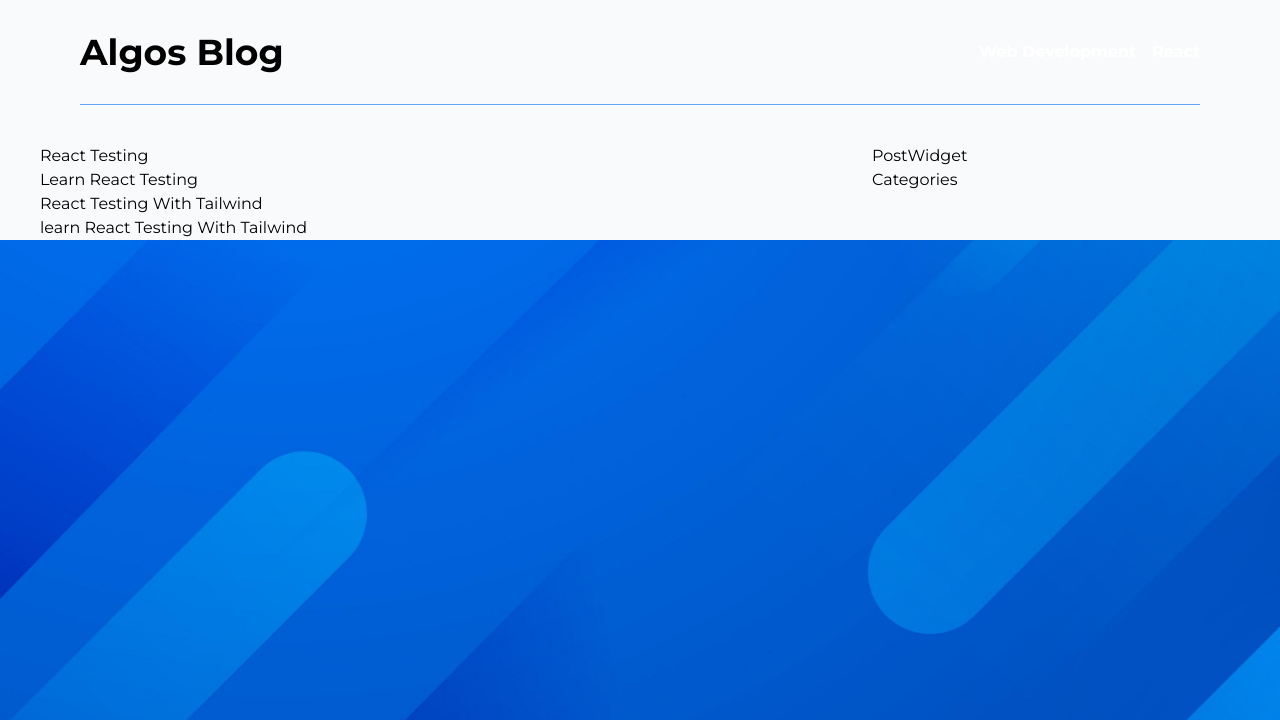
Repository: AlgoHussle/algo-blog
Page: /
These files come from the project's save history. The page is drawn as it stood at one moment and after a run of saves; the edit follows.
The browser window is 1280 px wide. The pictures show the whole page.
The project was rebuilt for these pictures with package versions that can differ from the ones it lists, and the page was loaded fresh each time. The framework's server and built-in components were replaced by stand-ins that run in the browser. Also part of the build but not shown: next.config.js, components/Layout.jsx.

Above is the page before, as saved 2023-05-03 22:31:48.

### pages/_app.js
import React, { useEffect, useState } from "react";
import { Layout } from "../components";
import "../styles/globals.scss";
import "tailwindcss/tailwind.css";


export default function App({ Component, pageProps }) {
  return (
    <layout>
    <Component {...pageProps} />
  </layout>
  );
}

### pages/index.js
import Head from 'next/head'
import { Header, PostCard, Categories, PostWidget } from '@/components';

const posts = [
  { title: 'React Testing', excerpt: 'Learn React Testing'},
  { title: 'React Testing With Tailwind', excerpt: 'learn React Testing With Tailwind'},
];

export default function Home() {
  return (
    <div className='container mx-auto px-10 mb-8 bg-gray-50'>
      <Head>
        <title>CMS Blog</title>
        <link rel="icon" href="/favicon.ico" />
      </Head>
      <Header />
      <div className='grid grid-cols-1 lg:grid-cols-12 gap-12'>
        <div className='lg:col-span-8 col-span-1'>
          {posts.map((post) => (<PostCard key={post.title} post={post}  />))}
        </div>
        <div className='lg:col-span-4 col-span-1'>
          <div className='lg:sticky relative top-8'>
            <PostWidget />
            <Categories />
          </div>
        </div>
      </div>
    </div>
  )
}

### components/index.js
export { default as PostCard } from './postCard';
export { default as Categories } from './Categories';
export { default as PostWidget } from './PostWidget';
export { default as Header } from './Header';
export { default as Layout } from './Layout'

### styles/globals.scss
@tailwind base;
@tailwind components;
@tailwind utilities;

@import url('https://fonts.googleapis.com/css2?family=Montserrat:wght@300;400;700&display=swap');

html,
body {
  padding: 0;
  margin: 0;
  font-family: 'Montserrat', sans-serif;
  &:before{
    content:'';
    content: "";
    width: 100%;
    height: 100vh;
    //background: linear-gradient(to right bottom, #6d327c, #485DA6, #00a1ba, #01b18e, #32b37b);
    // background: #D3D3D3;
    background-image: url("../public/bg.jpg");
    position: fixed;
    left: 0;
    top: 0;
    z-index: -1;
    background-position: 50% 50%;
    background-repeat: no-repeat;
    background-size: cover;
  }
}

.text-shadow{
  text-shadow: 0px 2px 0px rgb(0 0 0 / 30%);
}

.adjacent-post{
  & .arrow-btn{
    transition: width 300ms ease;
    width: 50px;
  }
  &:hover{
    & .arrow-btn{
      width: 60px;
    }
  }
}

.react-multi-carousel-list {
  & .arrow-btn{
    transition: width 300ms ease;
    width: 50px;
    &:hover{
      width: 60px;
    }
  }

}

a {
  color: inherit;
  text-decoration: none;
}

* {
  box-sizing: border-box;
}

### components/postCard.jsx
import React from 'react'

const postCard = ({ post }) => {
  return (
    <div>
        <h3>{post.title}</h3>
        <p>{post.excerpt}</p>
    </div>
  )
}

export default postCard

### components/Header.jsx
import React, {useContext} from 'react';
import Link from 'next/link';

const categories = [{ name: 'React', slug: 'react' }, { name: 'Web Development', slug: 'web-dev'}]

function Header() {
  return (
    <div className='conatiner mx-auto px-10 mb-8'>
        <div className='border-b w-full inline-block border-blue-400 py-8'>
            <div className='md:float-left block'>
                <Link>
                <span className='cursor-pointer font-bold text-4xl text0white'>
                        Algos Blog
                </span>
                </Link>
            </div>
            <div className='hidden md:float-left md:contents'>
                {categories.map((category) => (
                    <Link key={category.slug} href={`/category/${category.slug}`}>
                        <span className='md:float-right mt-2 align-middle text-white ml-4 font-semibold cursor-pointer'>
                            {category.name}
                        </span>
                    </Link>
                ))}
            </div>
        </div>
    </div>
  )
}

export default Header

Loaded but not shown: pages/_document.js (common file); components/Categories.jsx (common file); components/PostWidget.jsx (common file); tailwind.config.js (common file)

After the next 2 saves:
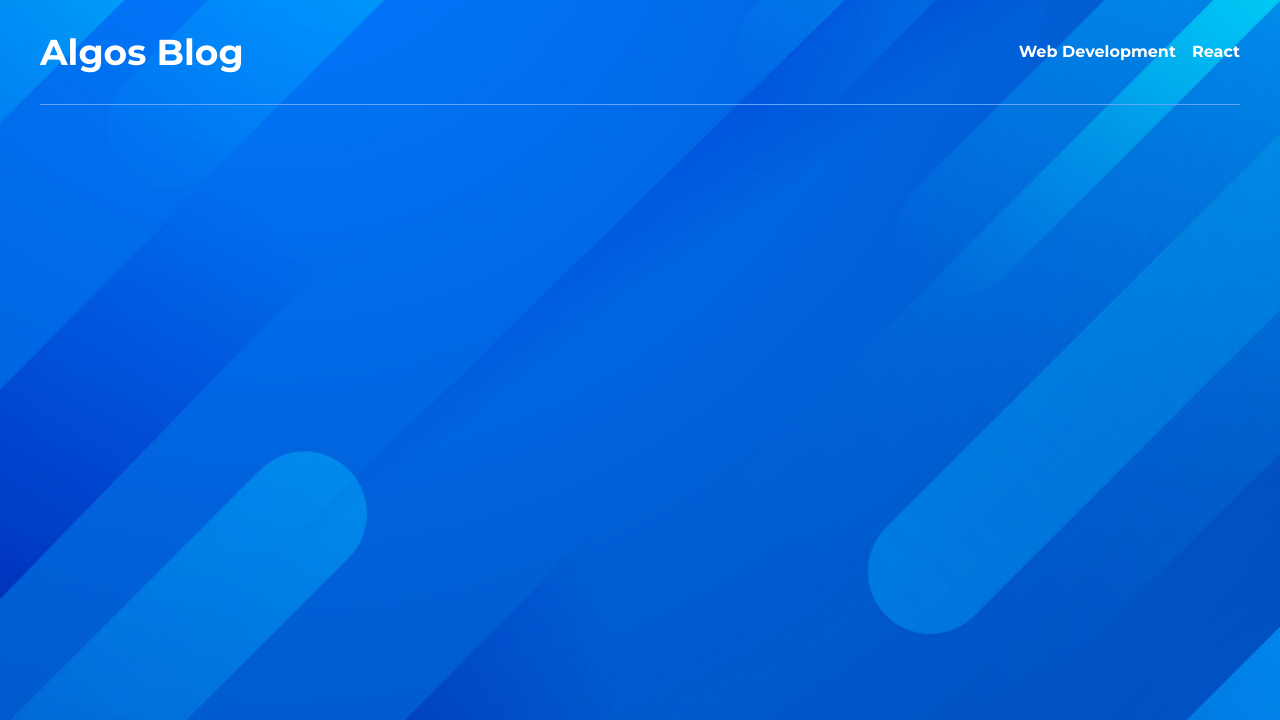
The 2 saves are shown as one change because they came seconds apart.
The last was saved 64 s later.
--- a/pages/index.js
+++ b/pages/index.js
@@ -1,30 +1,29 @@
-import Head from 'next/head'
-import { Header, PostCard, Categories, PostWidget } from '@/components';
+import React, {useContext} from 'react';
+import Link from 'next/link';
 
-const posts = [
-  { title: 'React Testing', excerpt: 'Learn React Testing'},
-  { title: 'React Testing With Tailwind', excerpt: 'learn React Testing With Tailwind'},
-];
+const categories = [{ name: 'React', slug: 'react' }, { name: 'Web Development', slug: 'web-dev'}]
 
-export default function Home() {
+function Header() {
   return (
-    <div className='container mx-auto px-10 mb-8 bg-gray-50'>
-      <Head>
-        <title>CMS Blog</title>
-        <link rel="icon" href="/favicon.ico" />
-      </Head>
-      <Header />
-      <div className='grid grid-cols-1 lg:grid-cols-12 gap-12'>
-        <div className='lg:col-span-8 col-span-1'>
-          {posts.map((post) => (<PostCard key={post.title} post={post}  />))}
+    <div className='conatiner mx-auto px-10 mb-8'>
+      <div className='border-b w-full inline-block border-blue-400 py-8'>
+        <div className='md:float-left block'>
+          <span className='cursor-pointer font-bold text-4xl text-white'>
+            Algos Blog
+          </span>
         </div>
-        <div className='lg:col-span-4 col-span-1'>
-          <div className='lg:sticky relative top-8'>
-            <PostWidget />
-            <Categories />
-          </div>
+        <div className='hidden md:float-left md:contents'>
+          {categories.map((category) => (
+            <Link key={category.slug} href={`/category/${category.slug}`}>
+              <span className='md:float-right mt-2 align-middle text-white ml-4 font-semibold cursor-pointer'>
+                {category.name}
+              </span>
+            </Link>
+          ))}
         </div>
       </div>
     </div>
   )
 }
+
+export default Header
